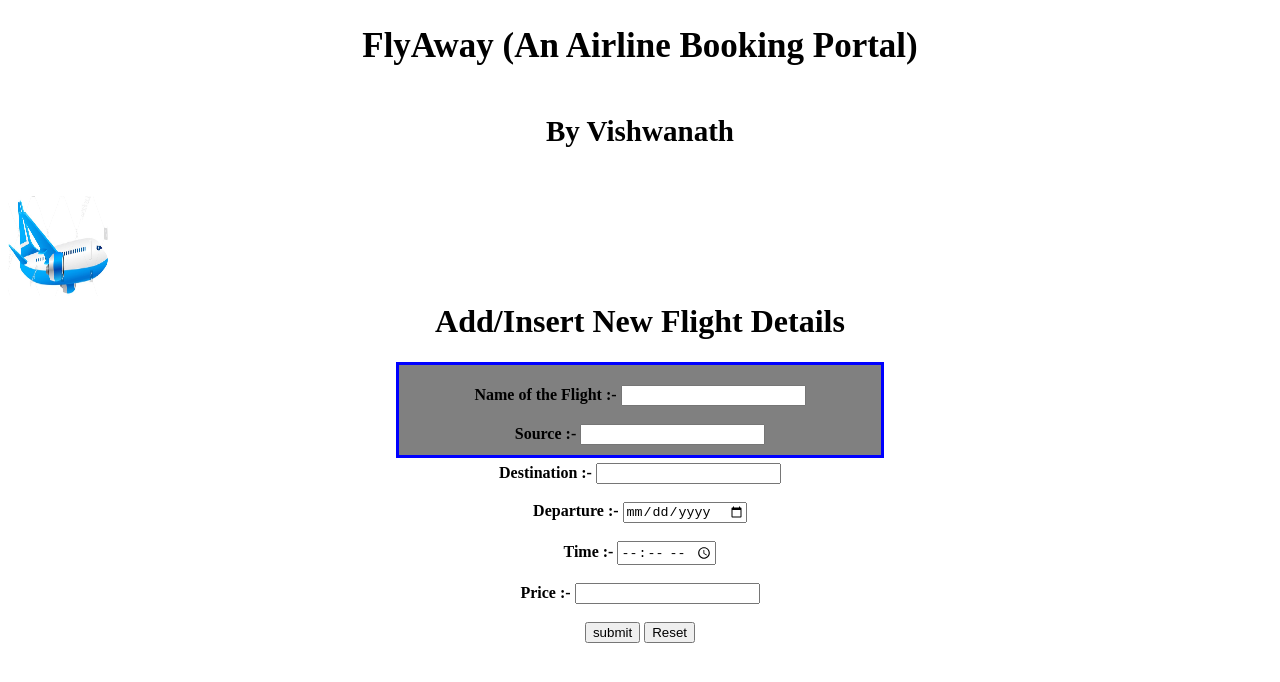
Repository: Vishu4401/FlyAway-An-Airline-Booking-Portal-
Page: http://localhost/FlyAway-An-Airline-Booking-Portal/AdminHome.jsp
These files come from the project's save history. The page is drawn as it stood at one moment and after the next save; the edit follows.
The browser window is 1280 px wide. The pictures show the whole page.
The page is served by Tomcat 9. Other server files are loaded and not shown.

Above is the page before, as saved 2022-08-24 04:32:31.

### FlyAway-An-Airline-Booking-Portal/src/main/webapp/AdminHome.jsp
<%@ page language="java" contentType="text/html; charset=ISO-8859-1"
    pageEncoding="ISO-8859-1"%>
<!DOCTYPE html>
<html>
<head>

<style>
div {
  width: 100px;
  height: 50px;
  background-color: grey;
  font-weight: bold;
  position: relative;
  animation: mymove 5s;
}

#div1 {animation-timing-function: linear;}


@keyframes mymove {
  from {left: 0px;}
  to {left: 300px;}
}

</style>

<meta charset="ISO-8859-1">
<title>Admin Home Page</title>
</head>
<body >
<br>
<a href="HomeScreen.jsp" style="color:black;text-decoration:none ;font-size:35px;font-weight:bold;">
<center>FlyAway (An Airline Booking Portal)
<h5>By Vishwanath</h5>
</center></a>

<div id="div1">
 <img src="flight.jpg" alt="Fly Away" width="100" height="100"> </div>

<br><br>
<center>
<h1>Add/Insert New Flight Details</h1>

<div style="border:3px solid blue;width:35%;padding:20px" align="center">
<form action="BookFlight.jsp" method=post>
	<label for=name>Name of the Flight :-</label> <input type="text" name=name id=name required /><br><br>
	<label for=from>Source :-</label> <input type="text" name=from id=from required/><br><br>
	<label for=to>Destination :-</label> <input type="text" name=to id=to required /><br><br>
	<label for=departure>Departure :-</label> <input type="date" name=departure id=departure required/><br><br>
	<label for=time>Time :-</label> <input type="time" name=time id=time required /><br><br>
	<label for=price>Price :-</label> <input type="text" name=price id=price required /><br><br>
	<input type="submit" value=submit /> <input type=reset />
</form>
</div>
</center>
<%
	String message=(String)session.getAttribute("message");
	if(message!=null){
%>
<p style="color:silver;"><%=message %></p>
<%
		session.setAttribute("message", null);
	}
%>
</body>
</html>

After the next save:
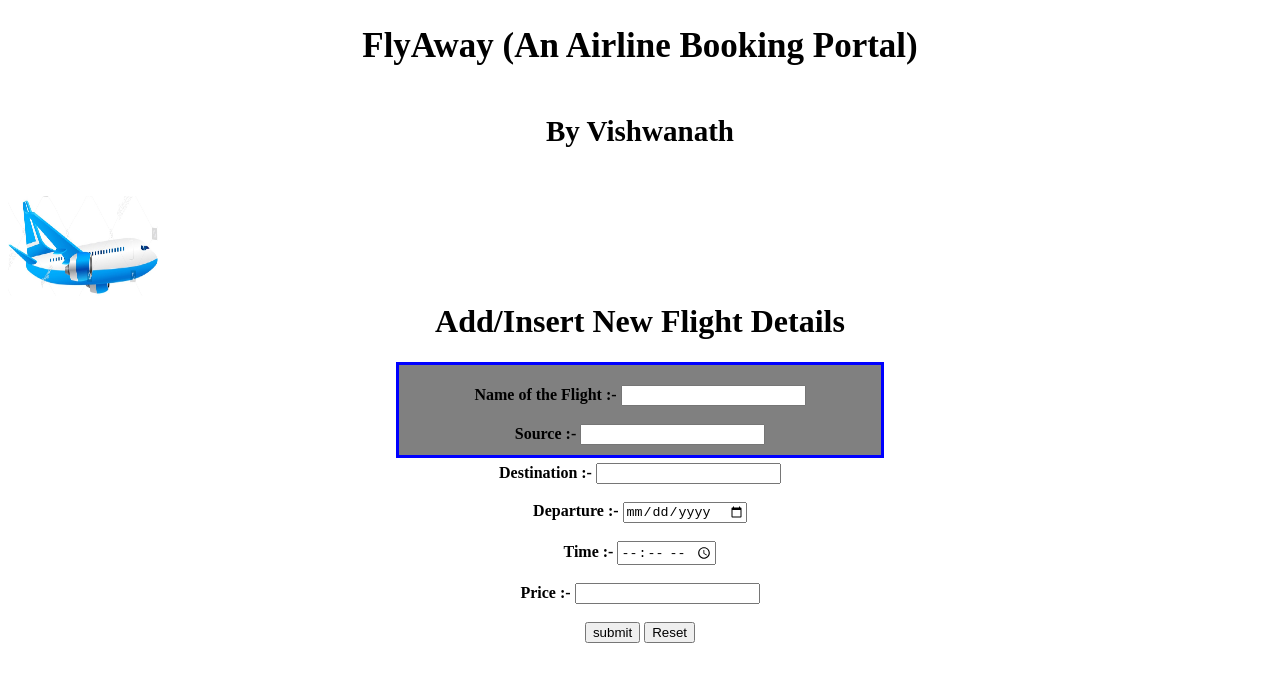
Saved 2 min 8 s later.
--- a/FlyAway-An-Airline-Booking-Portal/src/main/webapp/AdminHome.jsp
+++ b/FlyAway-An-Airline-Booking-Portal/src/main/webapp/AdminHome.jsp
@@ -35,7 +35,7 @@ div {
 </center></a>
 
 <div id="div1">
- <img src="flight.jpg" alt="Fly Away" width="100" height="100"> </div>
+ <img src="flight.jpg" alt="Fly Away" width="150" height="100"> </div>
 
 <br><br>
 <center>
